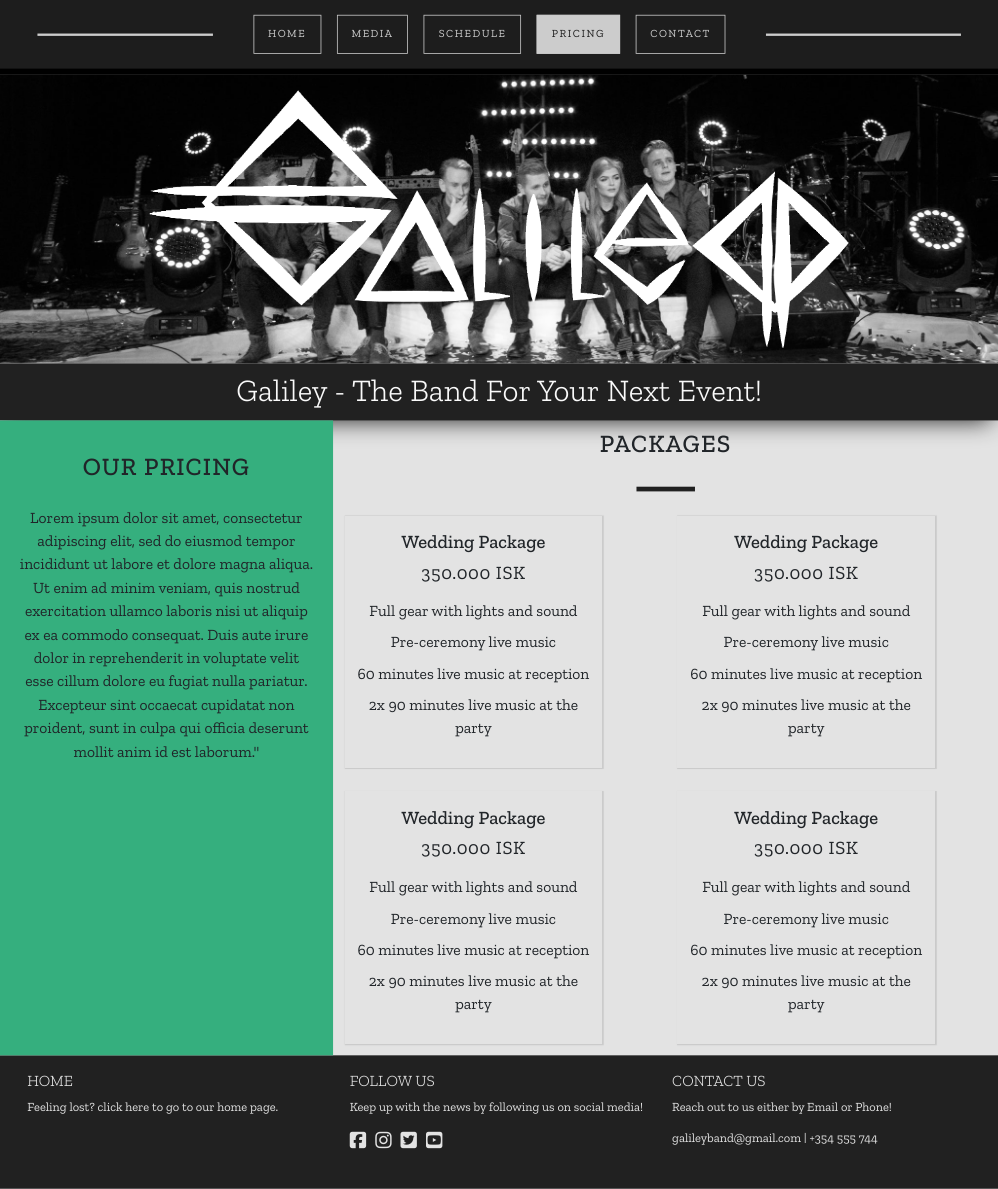
Repository: HeimirDavid/Galiley-Website
Page: pricing.html
The author's editor kept a record of every edit. The page is drawn from the files as they stood at one moment, then again after the next edit.
The browser window is 1280 px wide. The pictures show the whole page, at 78% of full size.
Some web libraries are served in a nearby version.

Above is the page before.

After the next edit:
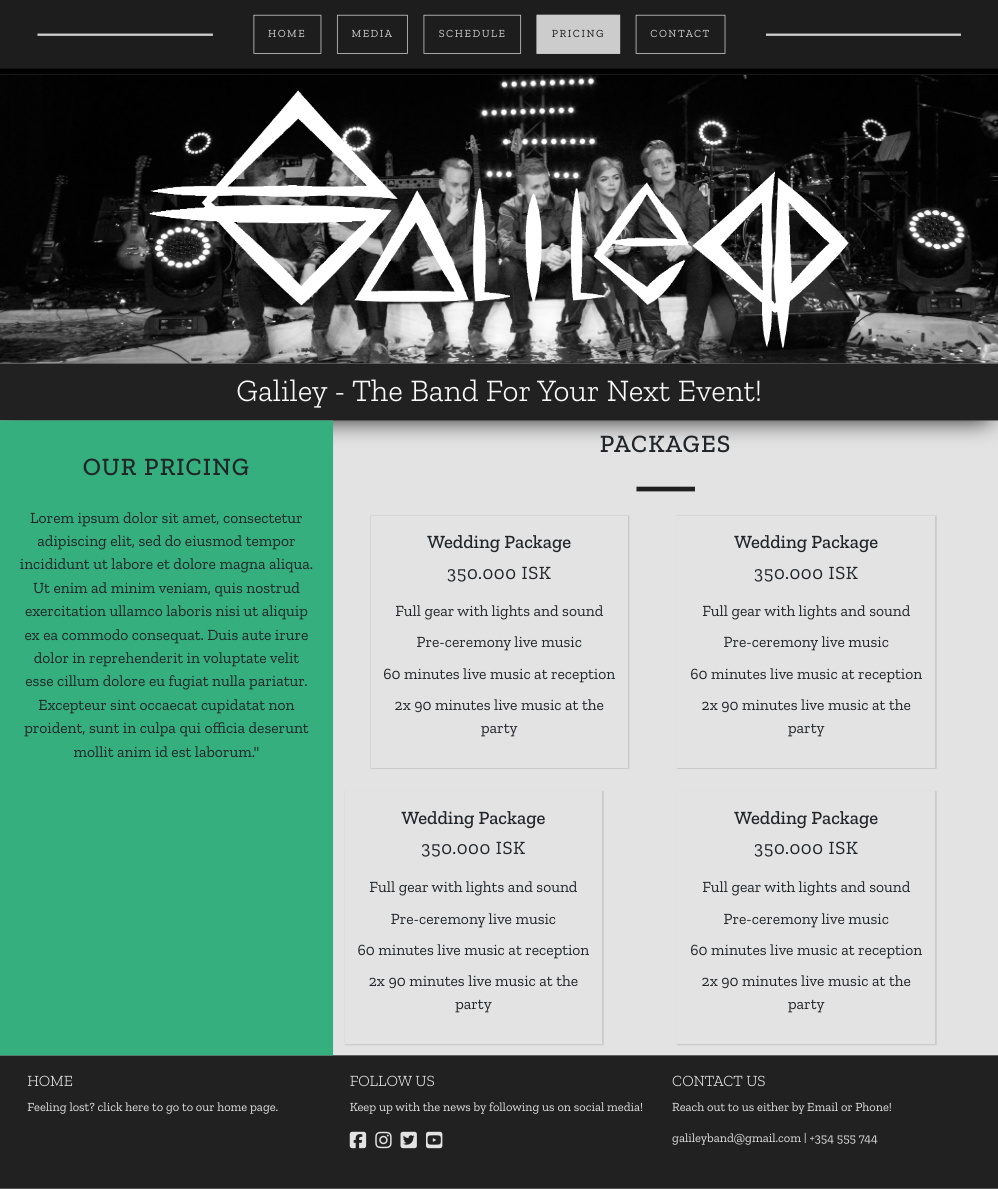
The edit:
--- a/pricing.html
+++ b/pricing.html
@@ -89,7 +89,7 @@
                     </div>
                 </div>
                 <div class="row">
-                    <div class="col-10 offset-1 offset-sm-0 col-sm-4 col-md-6">
+                    <div class="col-10 offset-1 offset-sm-0 col-sm-4 col-md-6 d-flex justify-content-center">
                         <div class="col-10 text-center p-text package-cards">
                             <h4 class="header-h4">Wedding Package</h4>
                             <h5 class="header-h5">350.000 ISK</h5>
